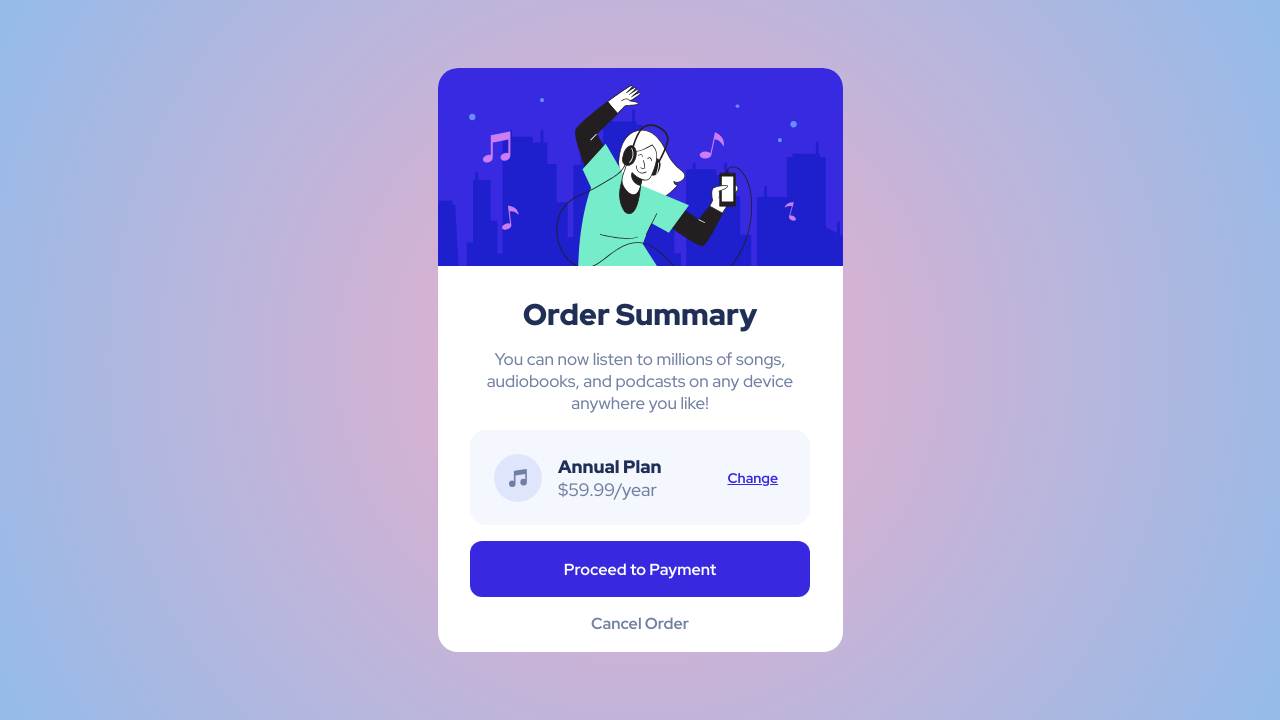
Repository: KamoliddinGIT/order-summary-card
Page: index.html
These files come from the project's save history. The page is drawn as it stood at one moment and after the next save; the edit follows.
The browser window is 1280 px wide. The pictures show the whole page.

Above is the page before, as saved 2023-09-13 11:21:25.

After the next save:
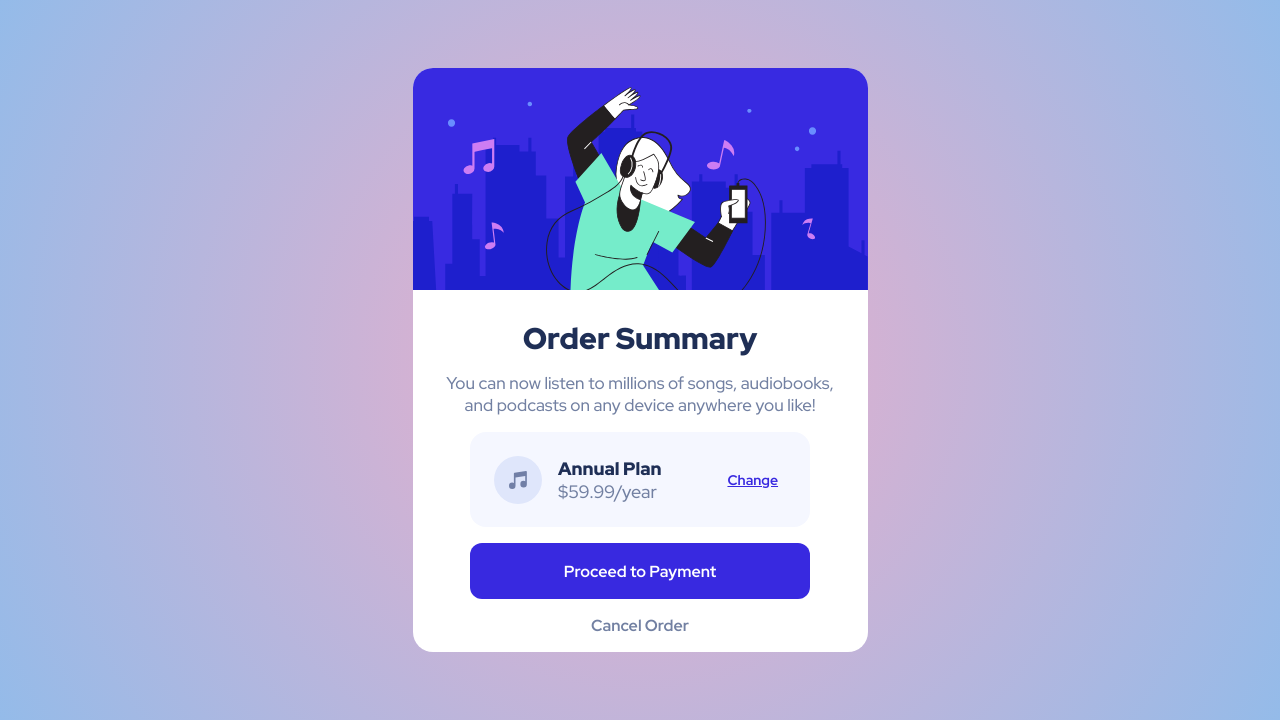
Saved 26 s later.
--- a/css/style.css
+++ b/css/style.css
@@ -23,7 +23,7 @@
   display: flex;
   flex-direction: column;
   align-items: center;
-  width: 405px;
+  width: 455px;
   height: 584px;
   border-radius: 20px;
   background: #fff;

After the save that followed:
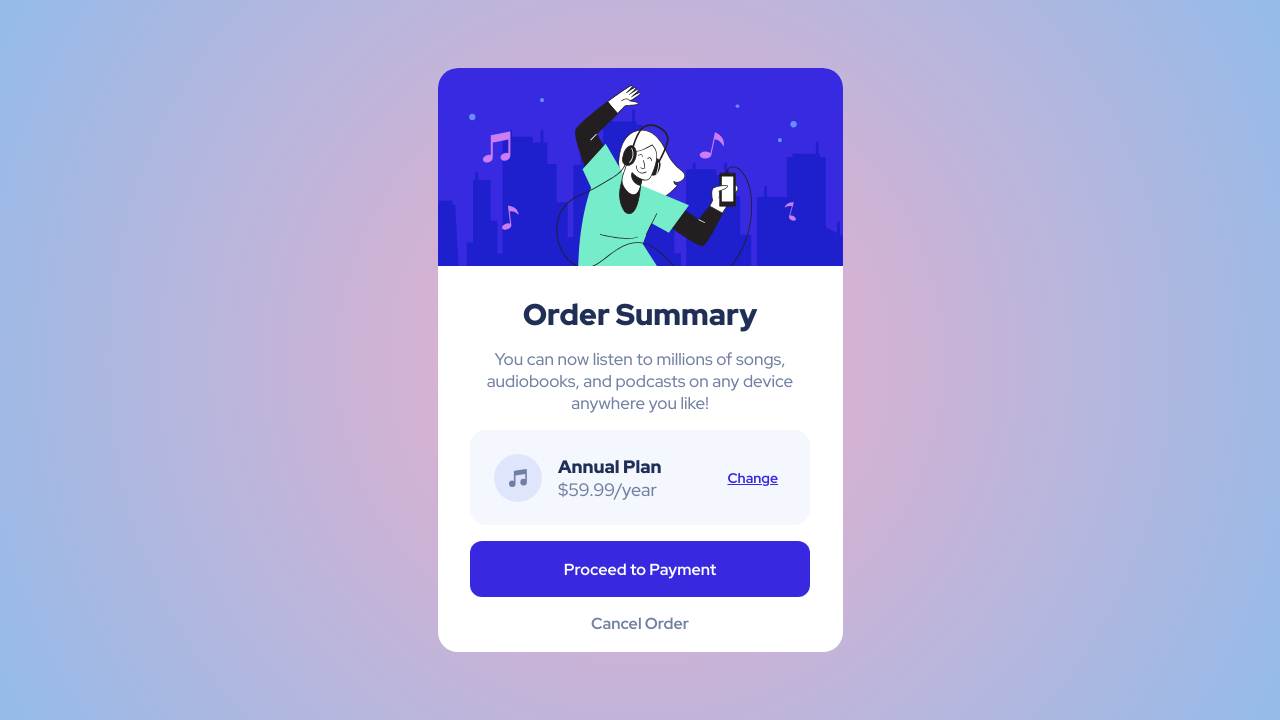
Saved 25 s later.
--- a/css/style.css
+++ b/css/style.css
@@ -23,7 +23,7 @@
   display: flex;
   flex-direction: column;
   align-items: center;
-  width: 455px;
+  width: 405px;
   height: 584px;
   border-radius: 20px;
   background: #fff;
